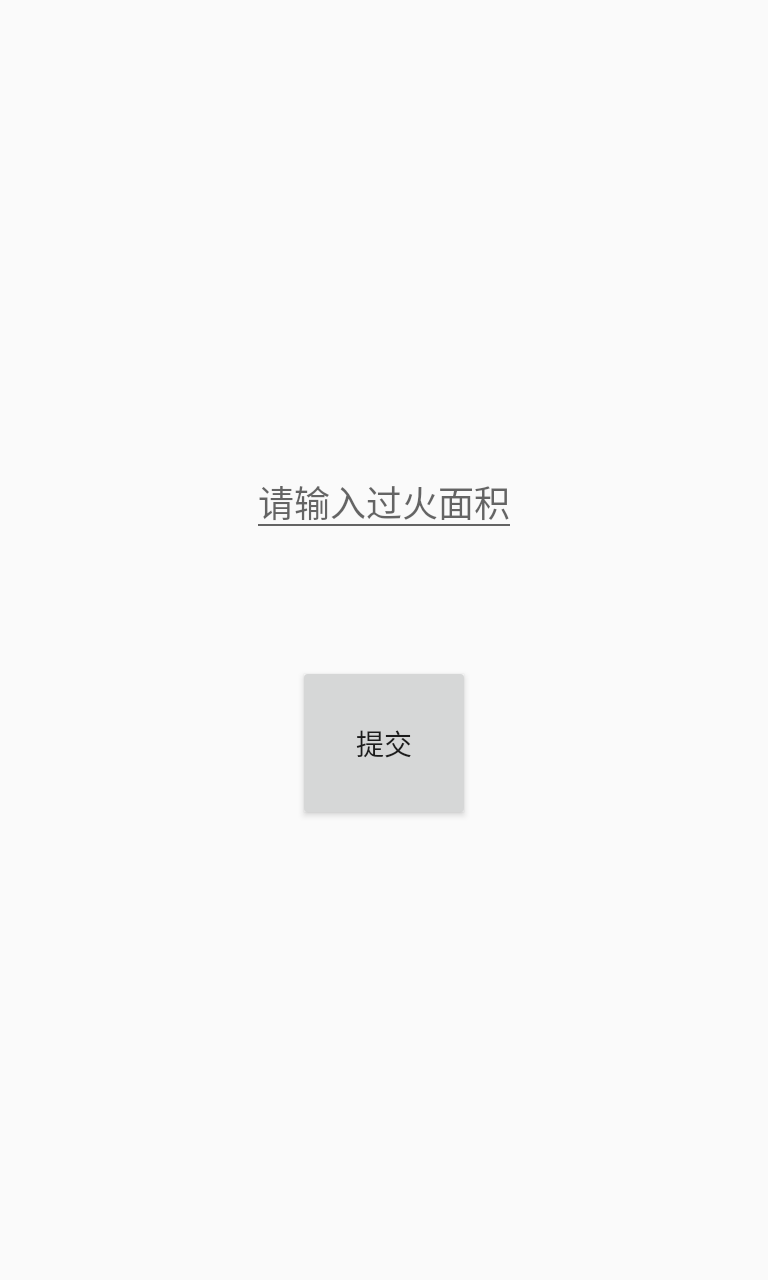
Repository: hohoTT/fireWork_handle_app
Layout: fireWork_handle_app/res/layout/normal_fire_water.xml
The author's editor kept a copy of each file at every save. The layout is drawn from the files as they stood at one save, then again after the next save.
It is drawn on a 768 x 1280 px phone screen (xhdpi) without system bars, with theme AppTheme; the app's code is not run.

Above is the layout before, as saved 2016-03-02 04:47:29.

### fireWork_handle_app/res/layout/normal_fire_water.xml
<?xml version="1.0" encoding="utf-8"?>
<LinearLayout xmlns:android="http://schemas.android.com/apk/res/android"
    android:layout_width="match_parent"
    android:layout_height="match_parent"
    android:gravity="center_vertical"
    android:orientation="vertical" >

    <EditText
        android:id="@+id/fire_area"
        android:layout_width="wrap_content"
        android:layout_height="wrap_content"
        android:layout_gravity="center_horizontal"
	    android:layout_margin="30dp"
        android:hint="@string/fire_area" />

    <Button
        android:id="@+id/btu_normal_fire_send"
        android:layout_width="wrap_content"
        android:layout_gravity="center"
	    android:layout_margin="30dp"
	    android:padding="30dp"
        android:layout_height="wrap_content"

        android:text="@string/btn_send" />

</LinearLayout>

### fireWork_handle_app/res/values/strings.xml
<?xml version="1.0" encoding="utf-8"?>
<resources>

    <string name="app_name">fireWork_handle_app</string>
    <string name="hello_world">Hello world!</string>
    <string name="action_settings">Settings</string>


    <string name="btu_fire_calculate">现场计算</string>
    <string name="btu_fire_plan">火灾预案</string>
    <string name="btu_fire_agent">火灾剂用量计算</string>
    <string name="btu_water_power">供水压力计算</string>
    <string name="btu_normal_fire">一般火灾计算</string>
    <string name="btu_oilcan_fire">油罐火灾计算</string>
    <string name="fire_area">请输入过火面积</string>


    <string name="btn_send">提交</string>


</resources>

Loaded but not shown: fireWork_handle_app/res/values/styles.xml (common file); fireWork_handle_app/res/values-v11/styles.xml (common file); fireWork_handle_app/res/values-v14/styles.xml (common file)

After the next save:
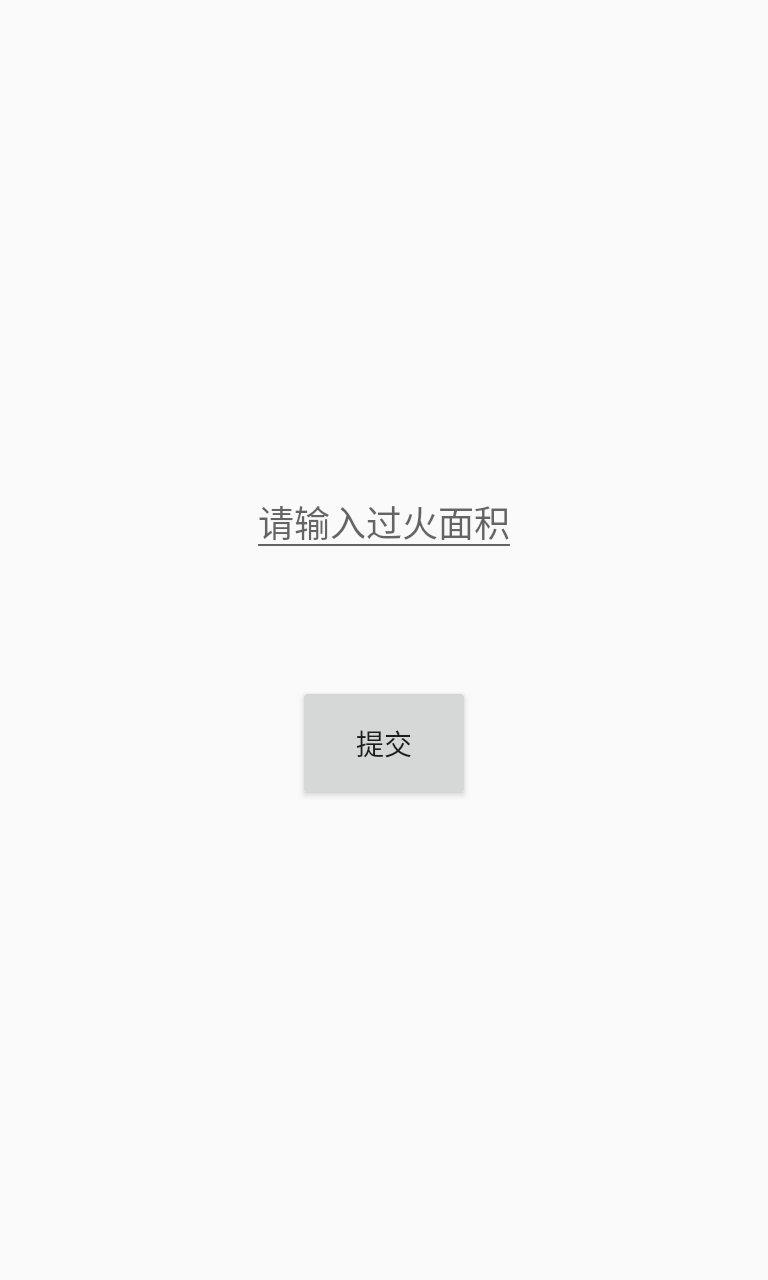
Saved 7 s later.
--- a/fireWork_handle_app/res/layout/normal_fire_water.xml
+++ b/fireWork_handle_app/res/layout/normal_fire_water.xml
@@ -18,7 +18,7 @@
         android:layout_width="wrap_content"
         android:layout_gravity="center"
 	    android:layout_margin="30dp"
-	    android:padding="30dp"
+	    android:padding="20dp"
         android:layout_height="wrap_content"
 
         android:text="@string/btn_send" />
